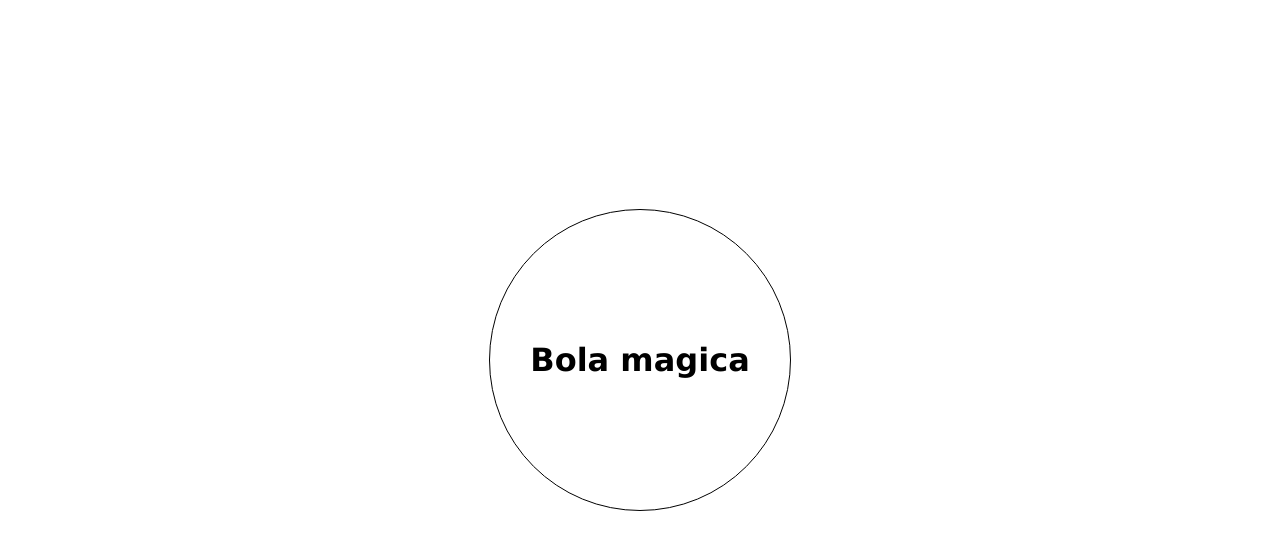
Repository: Kevin8548/FundamentosJS
Page: index.html
An editor plug-in stored every save of this project. The page is shown before and after the next save, followed by the edit.
The browser window is 1280 px wide. The pictures show the whole page.
After loading, the first visible `div` was clicked once.

Above is the page before, as saved 2024-09-20 09:57:11.

### index.html
<!DOCTYPE html>
<html lang="en">
<head>
    <meta charset="UTF-8">
    <meta name="viewport" content="width=device-width, initial-scale=1.0">
    <title>Fundamentos JavaScript</title>
    <style>
        body{
            margin:0;
            padding:0;
            display:grid;
            width: 100vw;
            height: 100vh;
            place-items: center;
            font-family: Verdana, Geneva, Tahoma, sans-serif;
        }
        div{
            width: 300px;
            height: 300px;
            border-radius:50%;
            border:1px solid black;
            display: grid;
            place-items: center;
        }
    </style>
</head>
<body>
    <div>
        <h1>Bola magica</h1>
    </div>
    <script src="./app.js"></script>
</body>
</html>

### app.js
// apuntar al div
const ball = document.querySelector('div');
const message = document.querySelector('h1');

const eightball = () => {
    // TODO
    // crear numero aleatorio (0-8)
    // switch/case para mensajes distintos
    const phrase = Math.floor(Math.random() * 8);
    switch(phrase){
        case 0:
    message.innerText = "Le diste click! wadfdsos"
    break;
    case 1:
    message.innerText = "Le diste 2 click! waos"
    break;
    case 2:
    console.log("Nel ")
    break;
    case 3:
    console.log("Perro ")
    break;
    case 4:
    console.log("Gato ")
    break;
    case 5:
    console.log("If ")
    break;
    case 6:
    console.log("No 2.0 ")
    break;
    }
}

ball.addEventListener('click', eightball);

After the next save:
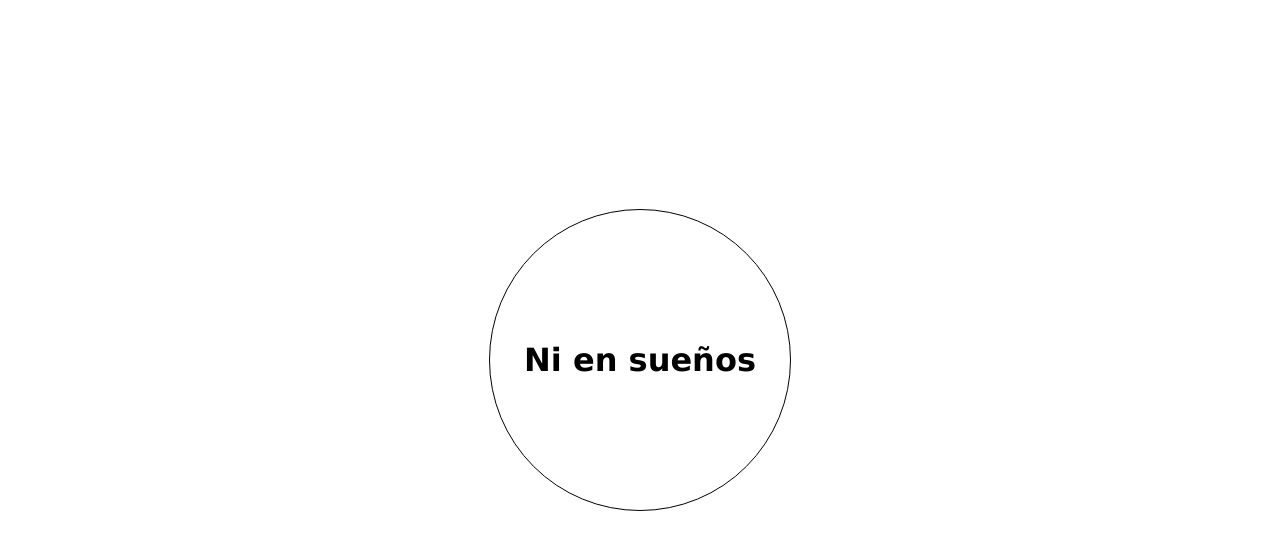
Saved 2 min 9 s later.
--- a/app.js
+++ b/app.js
@@ -9,25 +9,28 @@ const eightball = () => {
     const phrase = Math.floor(Math.random() * 8);
     switch(phrase){
         case 0:
-    message.innerText = "Le diste click! wadfdsos"
+    message.innerText = "Si"
     break;
     case 1:
-    message.innerText = "Le diste 2 click! waos"
+    message.innerText = "No"
     break;
     case 2:
-    console.log("Nel ")
+    message.innerText = "Gatu "
     break;
     case 3:
-    console.log("Perro ")
+    message.innerText = "Los gatos son mejores"
     break;
     case 4:
-    console.log("Gato ")
+    message.innerText = "Si pasara"
     break;
     case 5:
-    console.log("If ")
+    message.innerText = "Ni en sueños"
     break;
     case 6:
-    console.log("No 2.0 ")
+    message.innerText = "Tal vez"
+    break;
+    case 7:
+    message.innerText = "Jamas"
     break;
     }
 }
